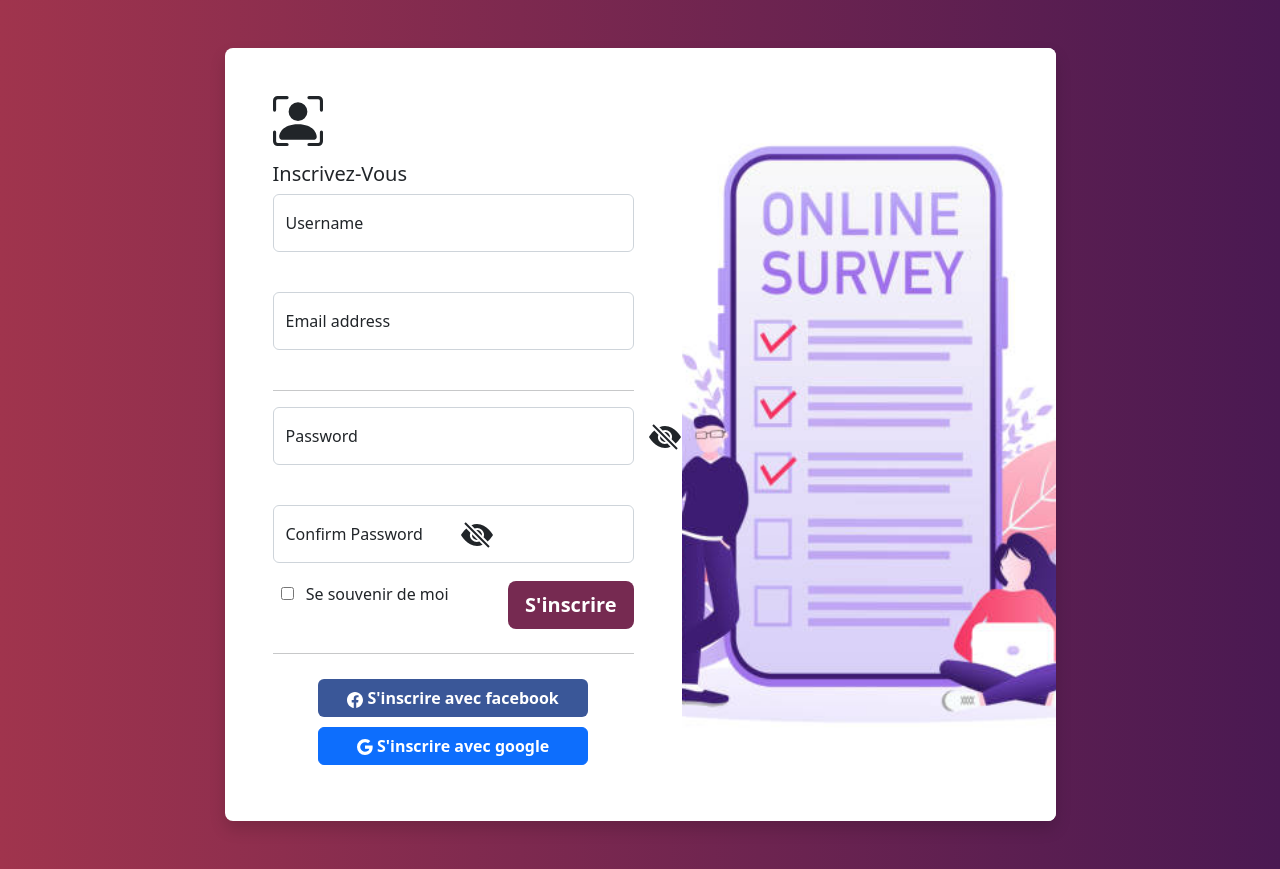
Repository: Djiamil/testsMoustaphaDER
Page: index.html
An editor plug-in stored every save of this project. The page is shown before and after the next save, followed by the edit.
The browser window is 1280 px wide. The pictures show the whole page.

Above is the page before, as saved 2022-12-09 09:49:40.

After the next save:
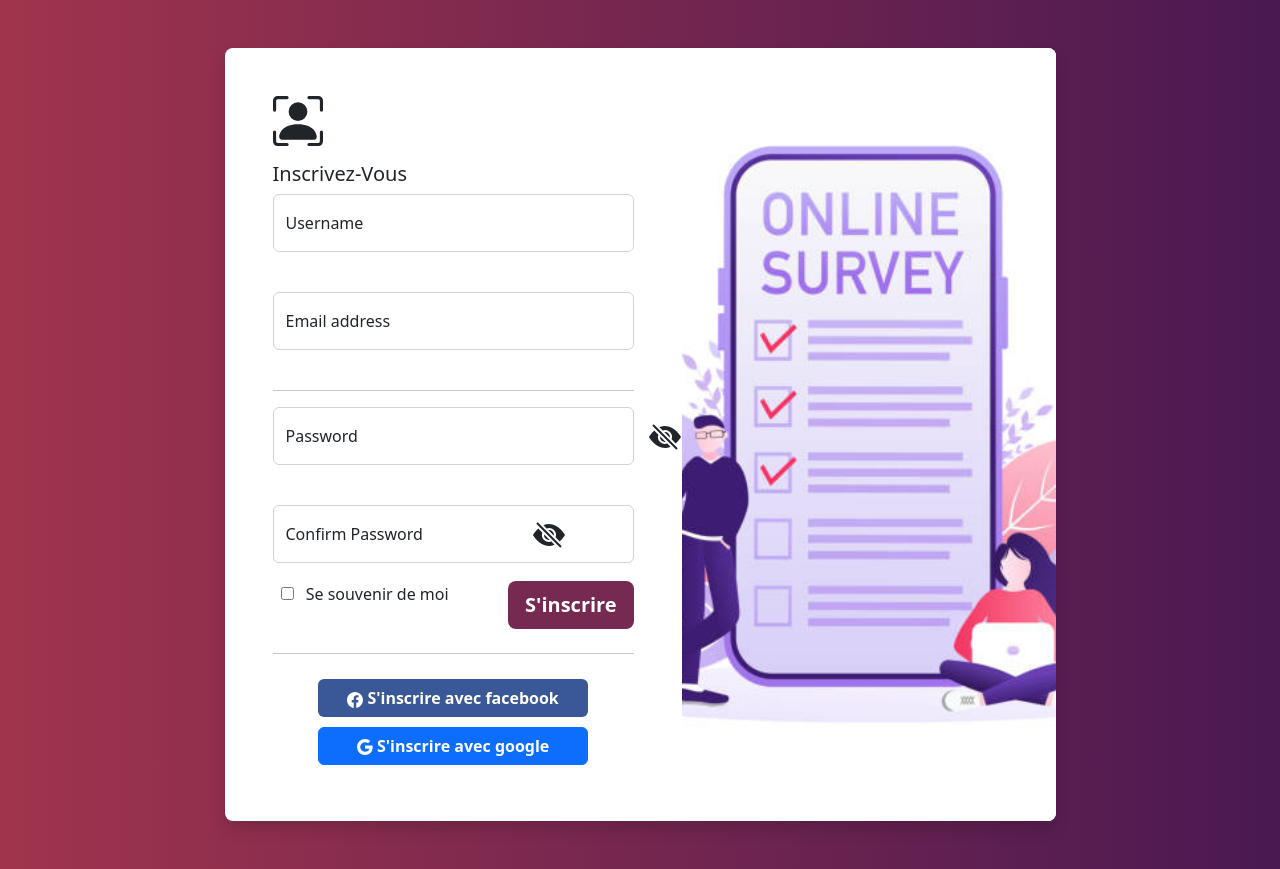
Saved 7 s later.
--- a/style.css
+++ b/style.css
@@ -77,7 +77,7 @@ button{
   float: right;
   position:absolute;
   margin-top: 4%;
-  margin-left: 50%;
+  margin-left: 70%;
   width: 3rem;
   height: 2rem;
   /* position: absolute; */
